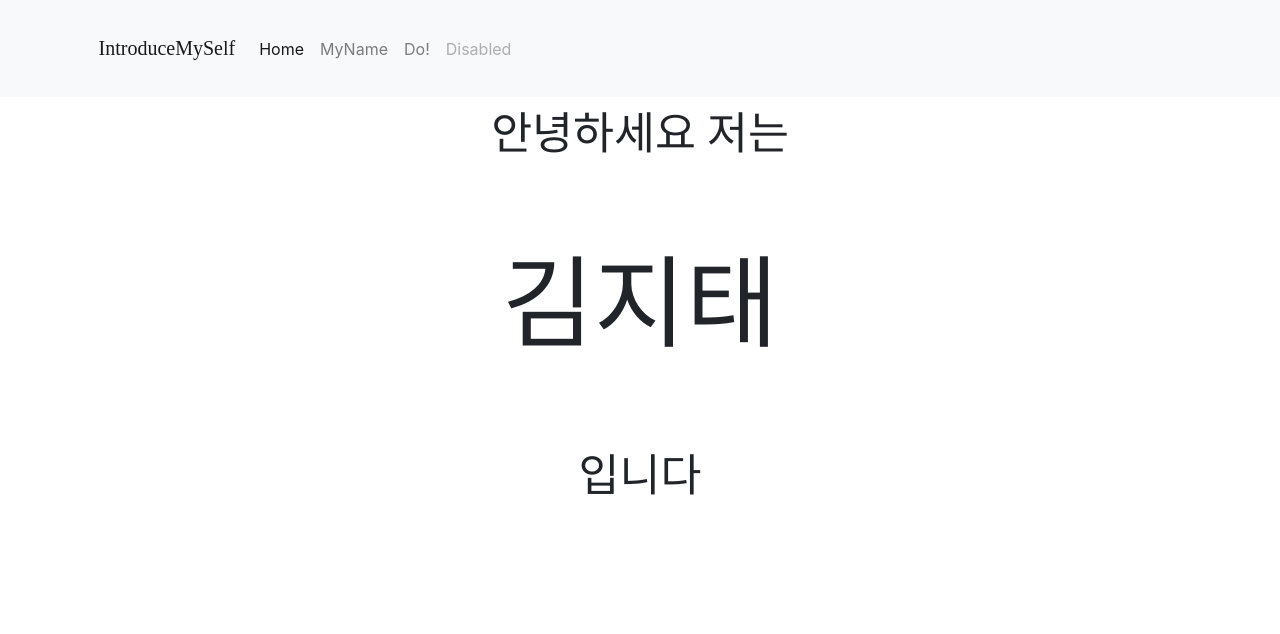
Repository: wlxo0401/IntroduveMySelf
Page: IntroduceMySelf/WebContent/Index.html
An editor plug-in stored every save of this project. The page is shown before and after the next save, followed by the edit.
The browser window is 1280 px wide. The pictures show the whole page.

Above is the page before, as saved 2020-03-11 05:39:08.

### IntroduceMySelf/WebContent/Index.html
<!DOCTYPE html>
<html>
  <head>
    <!-- Required meta tags -->
    <meta charset="utf-8">
    <meta name="viewport" content="width=device-width, initial-scale=1, shrink-to-fit=no">

    <!-- Bootstrap CSS -->
    <link rel="stylesheet" href="https://stackpath.bootstrapcdn.com/bootstrap/4.4.1/css/bootstrap.min.css" integrity="sha384-Vkoo8x4CGsO3+Hhxv8T/Q5PaXtkKtu6ug5TOeNV6gBiFeWPGFN9MuhOf23Q9Ifjh" crossorigin="anonymous">

    <title>Hello, world!</title>
    <link rel = "stylesheet" href = "style.css">
  </head>
<body>

<div id = "wrap">
	<!-- header -->
	<div id = "header">
		<nav class="navbar navbar-expand-lg navbar-light bg-light nav-distance">
			<a class="navbar-brand" href="#">IntroduceMySelf</a>
		  	<button class="navbar-toggler" type="button" data-toggle="collapse" data-target="#navbarNav" aria-controls="navbarNav" aria-expanded="false" aria-label="Toggle navigation">
		    	<span class="navbar-toggler-icon"></span>
		  	</button>
		  	<div class="collapse navbar-collapse" id="navbarNav">
		    	<ul class="navbar-nav">
		      		<li class="nav-item active">
		        		<a class="nav-link" href="#">Home <span class="sr-only">(current)</span></a>
		      		</li>
		      		<li class="nav-item">
		        		<a class="nav-link" href="#">MyName</a>
		      		</li>
		      		<li class="nav-item">
		        		<a class="nav-link" href="#">Do!</a>
		      		</li>
		      		<li class="nav-item">
		        		<a class="nav-link disabled" href="#" tabindex="-1" aria-disabled="true">Disabled</a>
		      		</li>
		    	</ul>
			</div>
		</nav>
	</div>
	<!-- //header -->
	<!-- container -->
	<div class = "container">
		<h1 class = maintitle2>안녕하세요 저는</h2>
		<h1 class = maintitle1>김지태</h1>
		<h1 class = maintitle2>입니다</h2>
	</div>
	<!-- //container -->
	<!-- footer -->
	<div id = "footer">

	</div>
	<!-- //footer -->
</div>
<!-- Optional JavaScript -->
<!-- jQuery first, then Popper.js, then Bootstrap JS -->
<script src="https://code.jquery.com/jquery-3.4.1.slim.min.js" integrity="sha384-J6qa4849blE2+poT4WnyKhv5vZF5SrPo0iEjwBvKU7imGFAV0wwj1yYfoRSJoZ+n" crossorigin="anonymous"></script>
<script src="https://cdn.jsdelivr.net/npm/popper.js@1.16.0/dist/umd/popper.min.js" integrity="sha384-Q6E9RHvbIyZFJoft+2mJbHaEWldlvI9IOYy5n3zV9zzTtmI3UksdQRVvoxMfooAo" crossorigin="anonymous"></script>
<script src="https://stackpath.bootstrapcdn.com/bootstrap/4.4.1/js/bootstrap.min.js" integrity="sha384-wfSDF2E50Y2D1uUdj0O3uMBJnjuUD4Ih7YwaYd1iqfktj0Uod8GCExl3Og8ifwB6" crossorigin="anonymous"></script>
</body>
</html>

### IntroduceMySelf/WebContent/style.css
body{
	background-color: #ffffff
}

#container{
	margin-top: 100px;
}

.maintitle1{
	font-family: NanumSquareR;
	font-size: 100px;
	line-height: 1.67;
	text-align: center;
	color: #354655d;
	margin-top: 50px;
	margin-bottom: 50px;
}


.maintitle2{
	font-family: NanumSquareR;
	font-size: 44.5px;
	line-height: 1.67;
	text-align: center;
	color: #354655d;
}


.nav-distance{
	padding: 2.1% 7.7%
}

.navbar-brand{
	font-family: NanumSquareR;
	line-height: 1.68;
	text-align: left;
	color: #35465d;
}


/* On screens that are 600px or less, set the background color to olive */
@media screen and (max-width: 600px) {
  html {
    font-size: 10px;
  }
  .navbar-brand{
  	font-size: 2rem;
  }
}

After the next save:
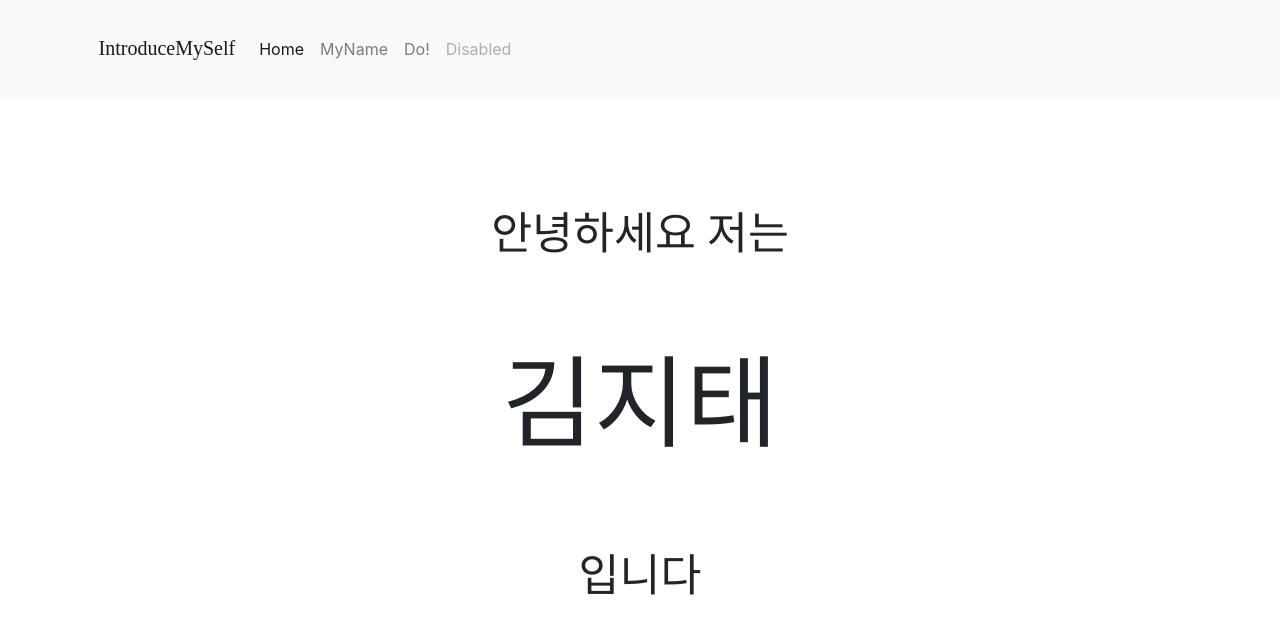
Saved 5 s later.
--- a/IntroduceMySelf/WebContent/style.css
+++ b/IntroduceMySelf/WebContent/style.css
@@ -2,7 +2,7 @@ body{
 	background-color: #ffffff
 }
 
-#container{
+.container{
 	margin-top: 100px;
 }
 
